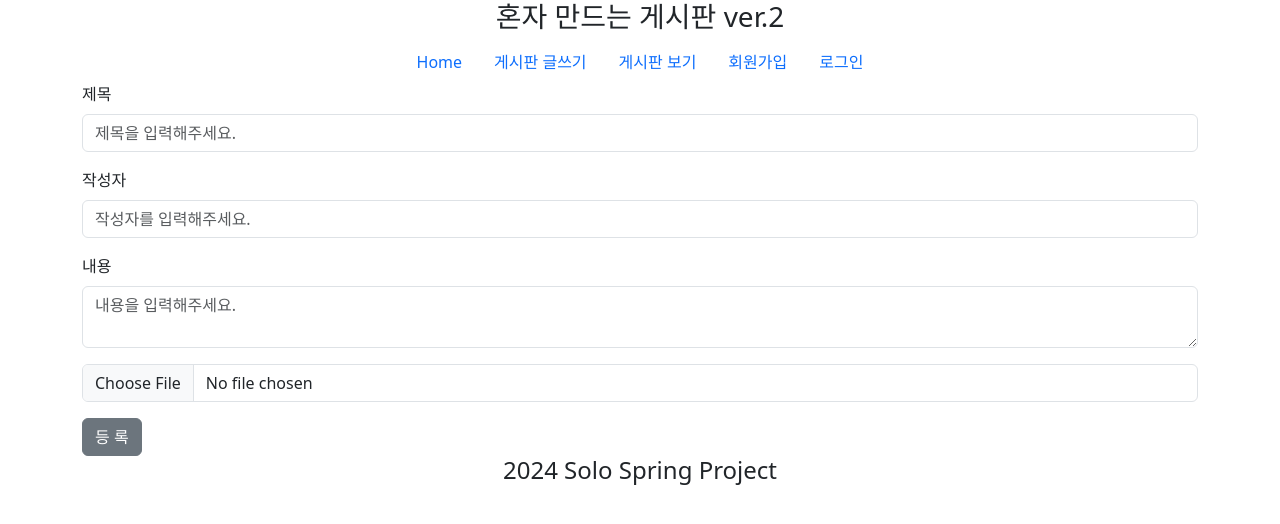
Repository: nefer2/Spring_test
Page: http://localhost/spring_test7/WEB-INF/views/board/register.jsp
The author's editor kept a copy of each file at every save. The page is drawn from the files as they stood at one save, then again after the next save.
The browser window is 1280 px wide. The pictures show the whole page.
The page is served by Tomcat 9. Nobody is signed in. Other server files are loaded and not shown. The template is opened directly, without the code that normally fills it, so the values that code supplies are empty.

Above is the page before, as saved 2024-01-18 02:33:48.

### spring_test7/src/main/webapp/WEB-INF/views/board/register.jsp
<%@ page language="java" contentType="text/html; charset=UTF-8"
    pageEncoding="UTF-8"%>
<%@ taglib uri="http://java.sun.com/jsp/jstl/core" prefix="c" %>
<%@ taglib uri="http://www.springframework.org/security/tags" prefix ="sec" %>



<jsp:include page="../layout/header.jsp"></jsp:include>
<jsp:include page="../layout/navbar.jsp"></jsp:include>


<div class="container-md">
	<form action="/board/register" method="post">
		<div class="mb-3">
		  <label for="title" class="form-label">제목</label>
		  <input type="text" name="title" class="form-control" id="title" placeholder="제목을 입력해주세요.">
		</div>
		<div class="mb-3">
		  <label for="wirter" class="form-label">작성자</label>
	      <input type="text" name="writer" class="form-control" id="wirter" placeholder="작성자를 입력해주세요.">
		</div>
		<div class="mb-3">
		  <label for="content" class="form-label">내용</label>
		  <textarea name="content" class="form-control" id="content" placeholder="내용을 입력해주세요."></textarea>
		</div>


<!-- 파일 입력 라인 추가 -->
	<div class="mb-3">
		<input type="file" class="form-control" name="file">

	</div>


<button type="submit" class="btn btn-secondary">등 록</button>


	</form>
</div>







<jsp:include page="../layout/footer.jsp"></jsp:include>

### spring_test7/src/main/webapp/WEB-INF/views/layout/header.jsp
<%@ page language="java" contentType="text/html; charset=UTF-8"
    pageEncoding="UTF-8"%>
<!DOCTYPE html>
<html>
<head>
<h3 style="text-align: center;">혼자 만드는 게시판 ver.2</h3>
</head>

### spring_test7/src/main/webapp/WEB-INF/views/layout/navbar.jsp
<%@ page language="java" contentType="text/html; charset=UTF-8"
    pageEncoding="UTF-8"%>


<script src="https://cdn.jsdelivr.net/npm/bootstrap@5.3.1/dist/js/bootstrap.bundle.min.js" integrity="sha384-HwwvtgBNo3bZJJLYd8oVXjrBZt8cqVSpeBNS5n7C8IVInixGAoxmnlMuBnhbgrkm" crossorigin="anonymous"></script>
<link href="https://cdn.jsdelivr.net/npm/bootstrap@5.3.1/dist/css/bootstrap.min.css" rel="stylesheet" integrity="sha384-4bw+/aepP/YC94hEpVNVgiZdgIC5+VKNBQNGCHeKRQN+PtmoHDEXuppvnDJzQIu9" crossorigin="anonymous">


<ul class="nav justify-content-center">

  <li class="nav-item">
    <a class="nav-link active" aria-current="page" href="/">Home</a>
  </li>
  <li class="nav-item">
    <a class="nav-link" href="/board/register">게시판 글쓰기</a>
  </li>
  <li class="nav-item">
    <a class="nav-link" href="/board/list">게시판 보기</a>
  </li>
    <li class="nav-item">
    <a class="nav-link" href="#">회원가입</a>
  </li>
    <li class="nav-item">
    <a class="nav-link" href="#">로그인</a>
  </li>
</ul>

### spring_test7/src/main/webapp/WEB-INF/views/layout/footer.jsp
<%@ page language="java" contentType="text/html; charset=UTF-8"
    pageEncoding="UTF-8"%>




<div><h4 style="text-align: center;">2024 Solo Spring Project</h4></div>

</body>
</html>

After the next save:
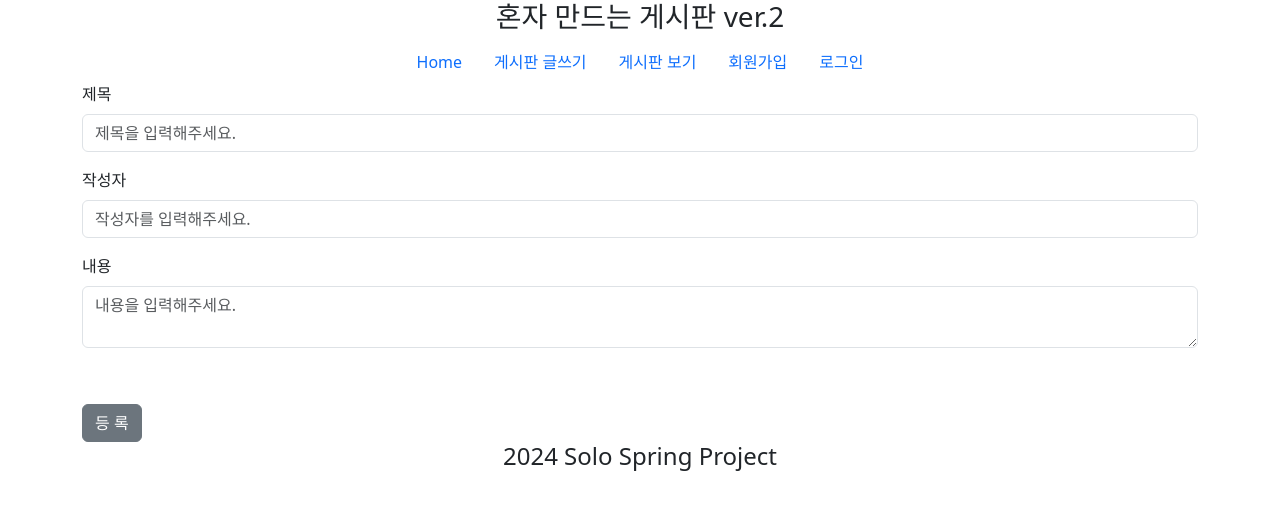
Saved 15 s later.
--- a/spring_test7/src/main/webapp/WEB-INF/views/board/register.jsp
+++ b/spring_test7/src/main/webapp/WEB-INF/views/board/register.jsp
@@ -27,7 +27,7 @@
 
 <!-- 파일 입력 라인 추가 -->
 	<div class="mb-3">
-		<input type="file" class="form-control" name="file">
+		<input type="file" class="form-control" name="files" id="files"multiple="multiple" style="display: none"> <br>
 
 	</div>
 
